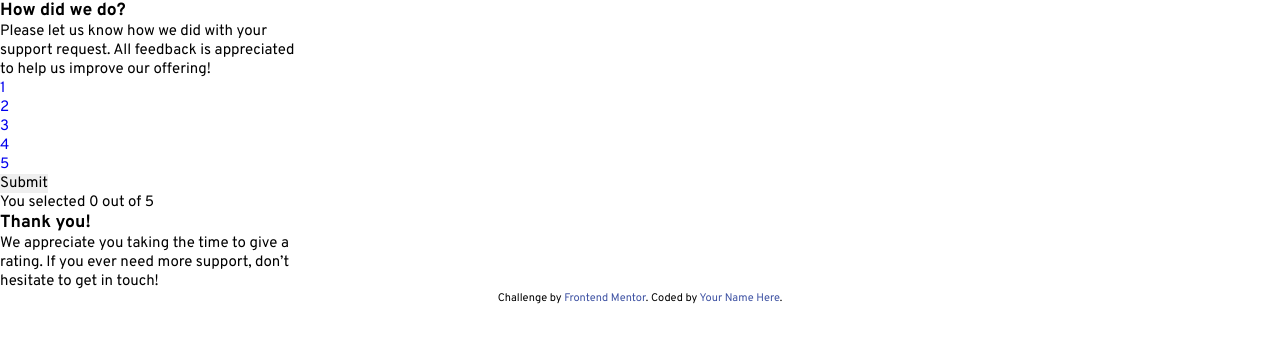
Repository: huynhnhutanhduy/interactive-rating-component
Page: index.html
An editor plug-in stored every save of this project. The page is shown before and after the next save, followed by the edit.
The browser window is 1280 px wide. The pictures show the whole page.

Above is the page before, as saved 2022-10-19 09:49:13.

After the next save:
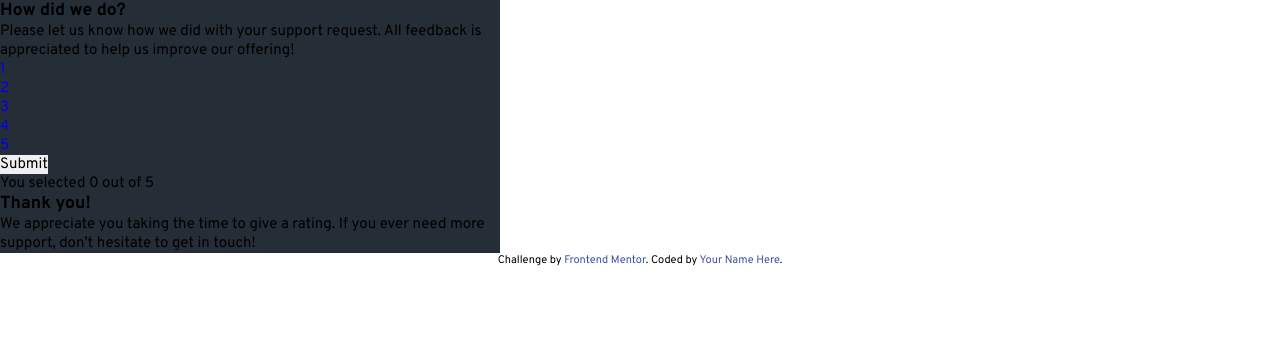
Saved 28 s later.
--- a/app.css
+++ b/app.css
@@ -49,5 +49,6 @@ button {
 }
 
 .rating-container {
-  max-width: 30rem;
+  max-width: 50rem;
+  background-color: var(--dark-blue);
 }
